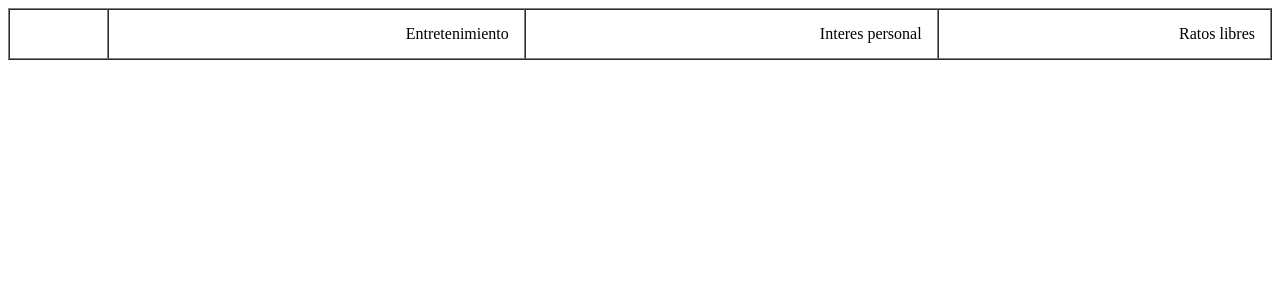
Repository: darlyn-saravia27/portafolio-darlynsaravia
Page: archivoshtml/tareas de html/index.html
An editor plug-in stored every save of this project. The page is shown before and after the next save, followed by the edit.
The browser window is 1280 px wide. The pictures show the whole page.

Above is the page before, as saved 2023-03-04 00:24:43.

### archivoshtml/tareas de html/index.html
<!DOCTYPE html>
<html lang="en">
<head>
    <meta charset="UTF-8">
    <meta http-equiv="X-UA-Compatible" content="IE=edge">
    <meta name="viewport" content="width=device-width, initial-scale=1.0">
    <title>Document</title>
</head>
<body>
    <table align="center" border="1" cellspacing="0" cellpadding="15px" width="100%">
    <tr align="center">
        <td></td>
        <td align="right">Entretenimiento</td>
        <td align="right">Interes personal</td>
        <td align="right">Ratos libres</td>

</body>
</html>

After the next save:
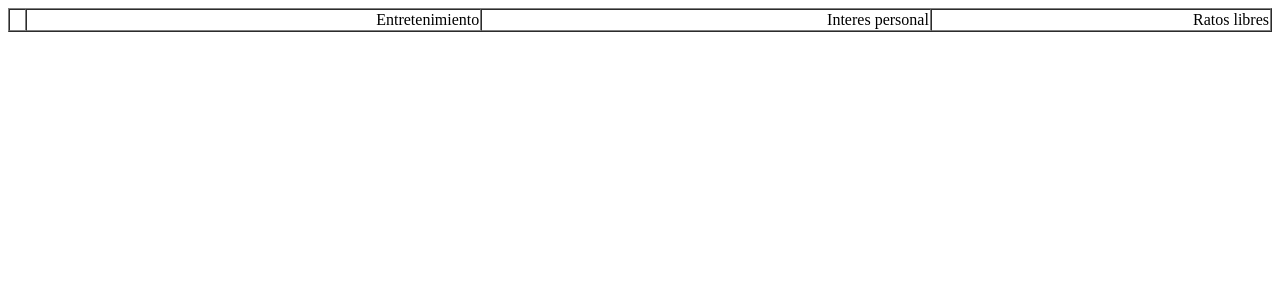
Saved 34 s later.
--- a/archivoshtml/tareas de html/index.html
+++ b/archivoshtml/tareas de html/index.html
@@ -7,12 +7,13 @@
     <title>Document</title>
 </head>
 <body>
-    <table align="center" border="1" cellspacing="0" cellpadding="15px" width="100%">
+    <table align="center" border="1" cellspacing="0" width="100%">
     <tr align="center">
         <td></td>
         <td align="right">Entretenimiento</td>
         <td align="right">Interes personal</td>
         <td align="right">Ratos libres</td>
+    </tr>
 
 </body>
 </html>
